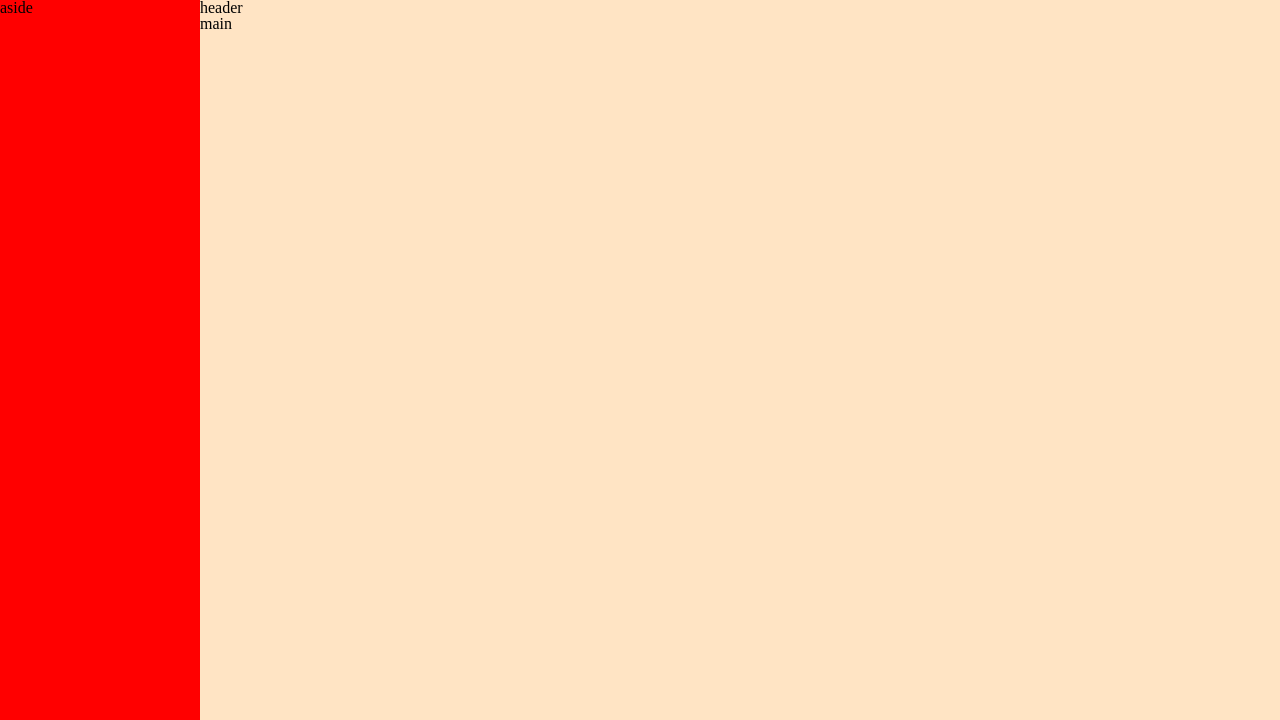
Repository: serrrN/admin
Page: /
These files come from the project's save history. The page is drawn as it stood at one moment and after the next save; the edit follows.
The browser window is 1280 px wide. The pictures show the whole page.
The project was rebuilt for these pictures with package versions that can differ from the ones it lists, and the page was loaded fresh each time. Also part of the build but not shown: vite.config.ts.

Above is the page before, as saved 2024-06-02 11:12:49.

### src/main.ts
import { createApp } from 'vue'
import App from './App.vue'
import ElementPlus from 'element-plus'
import zhCn from 'element-plus/es/locale/lang/zh-cn'
import * as ElementPlusIconsVue from '@element-plus/icons-vue'
import router from './router'
import 'reset-css'
const app = createApp(App)
for (const [key, component] of Object.entries(ElementPlusIconsVue)) {
  app.component(key, component)
}
app.use(ElementPlus, { locale: zhCn })
app.use(router)
app.mount('#app')

### src/App.vue
<script setup lang="ts"></script>

<template>
  <router-view></router-view>
</template>

<style>
#app,
html,
body {
  width: 100%;
  height: 100%;
}
</style>

### src/router/index.ts
import { createRouter, createWebHistory } from 'vue-router'
const routes = [
  {
    path: '/',
    name: 'home',
    component: () => import('@/layout/index.vue'),
  },
]
const router = createRouter({
  history: createWebHistory(),
  routes,
})
export default router

### src/layout/index.vue
<template>
  <div class="layout-container">
    <div class="left">aside</div>
    <div class="right">
      <div class="header">header</div>
      <div class="main">main</div>
    </div>
  </div>
</template>

<script lang="ts" setup></script>

<style scoped lang="scss">
.layout-container {
  width: 100%;
  height: 100%;
  background-color: bisque;
  display: flex;
  .left {
    height: 100%;
    width: 200px;
    background-color: red;
  }
}
</style>

Loaded but not shown: index.html (common file)

After the next save:
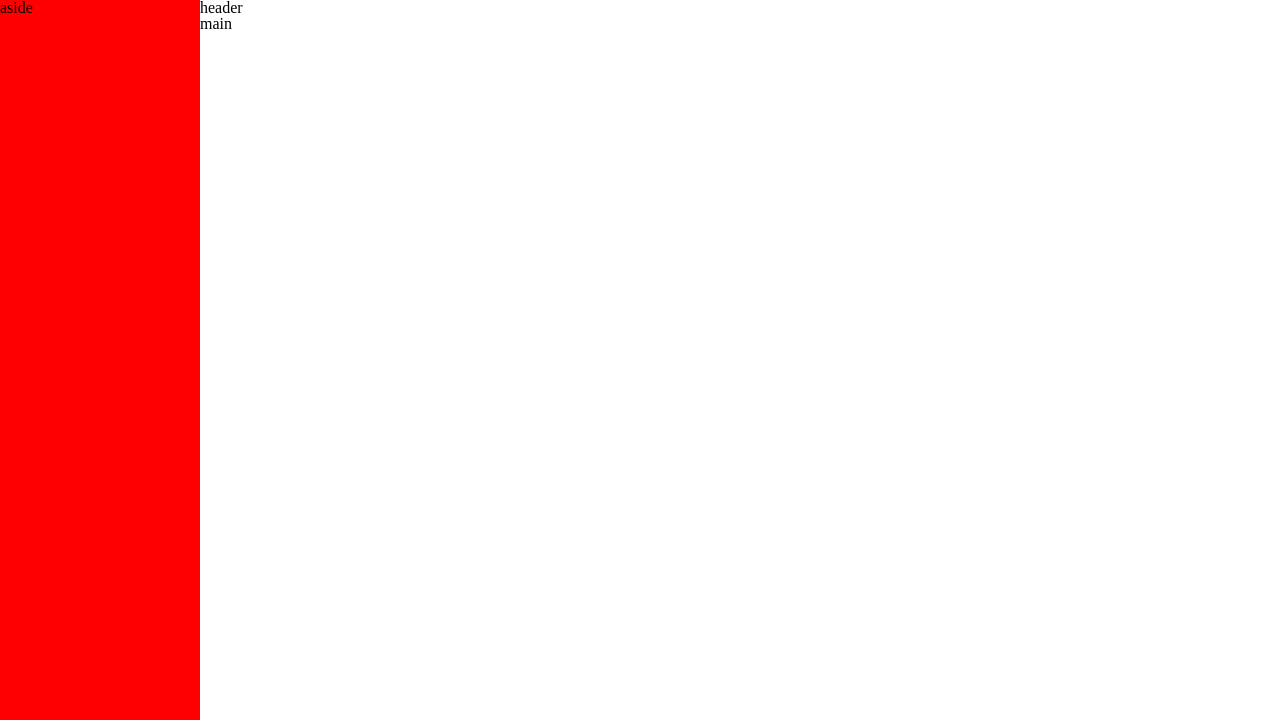
Saved 9 s later.
--- a/src/layout/index.vue
+++ b/src/layout/index.vue
@@ -14,7 +14,6 @@
 .layout-container {
   width: 100%;
   height: 100%;
-  background-color: bisque;
   display: flex;
   .left {
     height: 100%;
